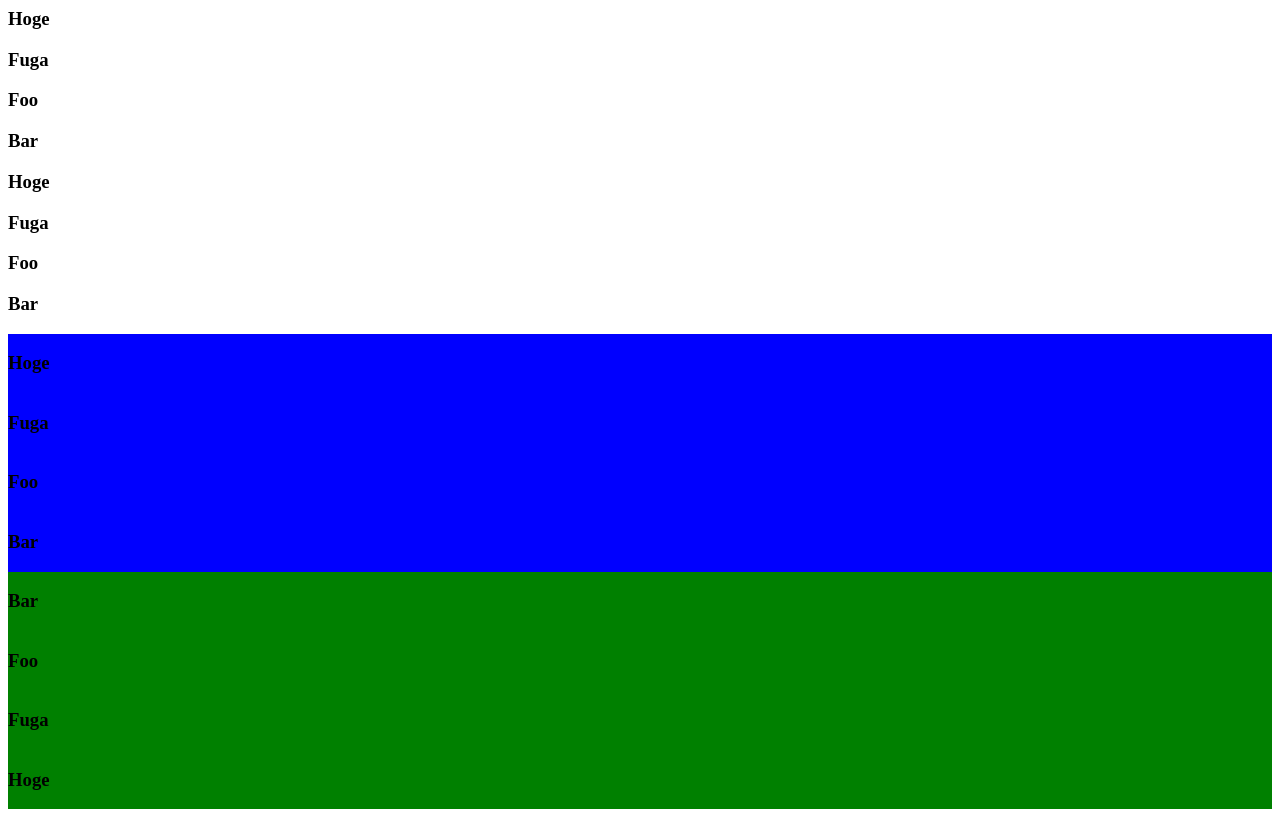
Repository: TakashiYamaguchi2021/samurai_HTML-CSS
Page: flexbox.html
The author's editor kept a record of every edit. The page is drawn from the files as they stood at one moment, then again after the next edit.
The browser window is 1280 px wide. The pictures show the whole page.

Above is the page before.

After the next edit:
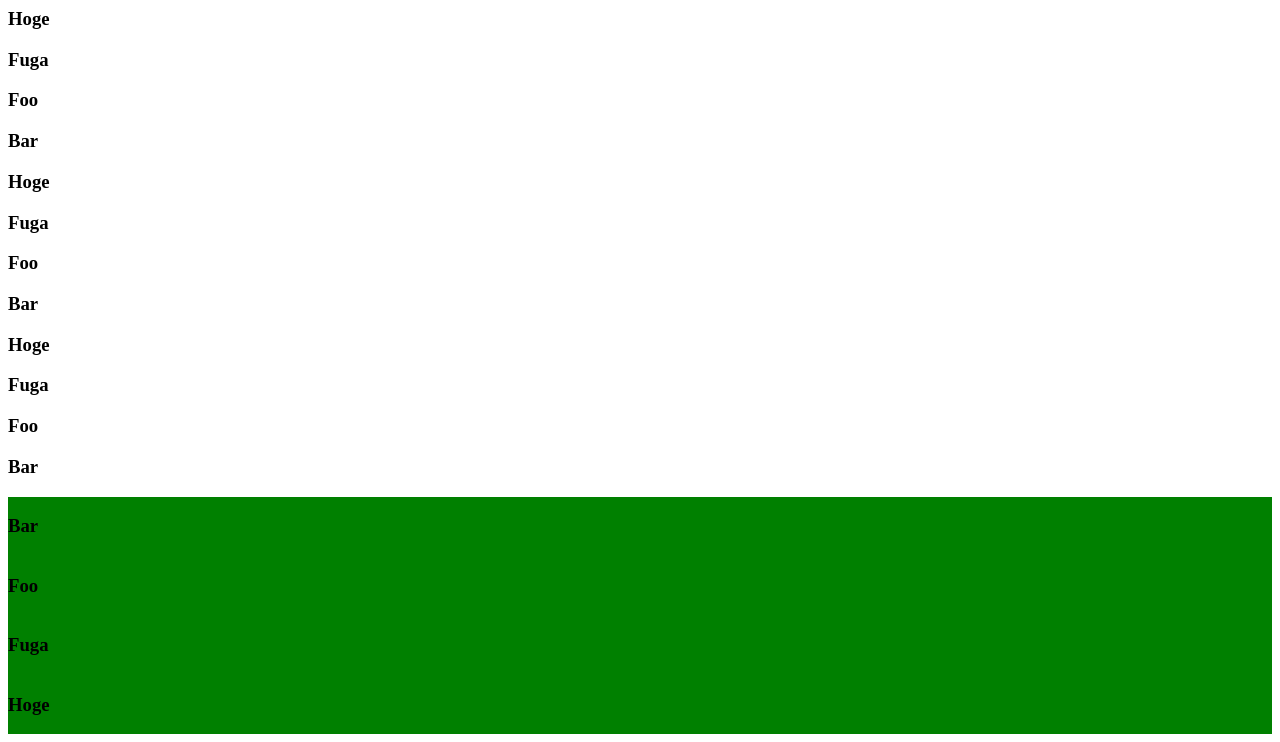
The edit:
--- a/flexbox.html
+++ b/flexbox.html
@@ -11,7 +11,7 @@
                 flex-wrap: wrap;
                 background-color: yellow;
             }
-            #column {
+            #wrap-reverse {
                 display: flex;
                 flex-direction: column;
                 background-color: blue;
